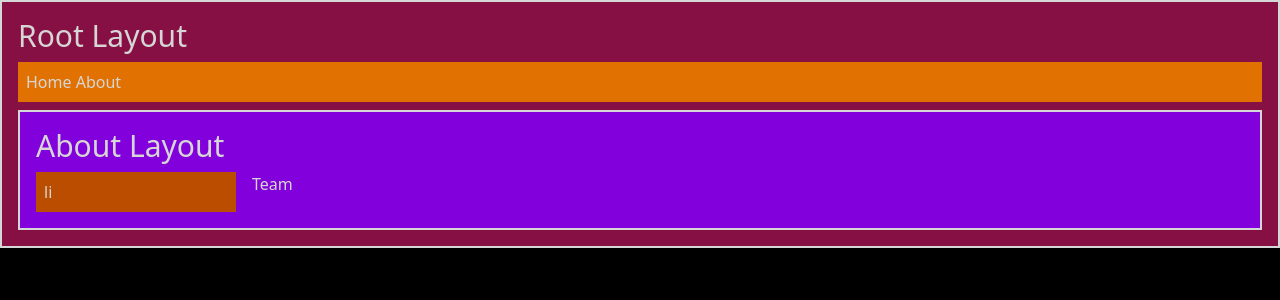
Repository: eyassud/notenow
Page: /about/team
These files come from the project's save history. The page is drawn as it stood at one moment and after a run of saves; the edit follows.
The browser window is 1280 px wide. The pictures show the whole page.
The project was rebuilt for these pictures with package versions that can differ from the ones it lists, and the page was loaded fresh each time. The framework's server and built-in components were replaced by stand-ins that run in the browser. Also part of the build but not shown: svelte.config.js, vite.config.ts.

Above is the page before, as saved 2025-12-11 16:23:26.

### src/routes/+layout.svelte
<script lang="ts">
	import './layout.css';
	import favicon from '$lib/assets/favicon.svg';

	let { children } = $props();
</script>

<svelte:head>
	<link rel="icon" href={favicon} />
</svelte:head>

<div class="border-2 bg-pink-900 p-4">
	<h1 class="text-3xl">Root Layout</h1>
	<nav class="my-2 bg-amber-600 p-2">
		<ul class="flex gap-2">
			<li>
				<a href="/">Home</a>
				<a href="/about">About</a>
			</li>
		</ul>
	</nav>
	{@render children()}
</div>

### src/routes/about/+layout.svelte
<script lang="ts">
	import type { LayoutProps } from './$types';

	let { data, children }: LayoutProps = $props();
</script>

<div class="border-2 bg-purple-700 p-4">
	<h1 class="mb-2 text-3xl">About Layout</h1>
	<div class="flex gap-4">
		<div class="w-[200px] bg-amber-700">
            <nav class="p-2">
                li
            </nav>
        </div>
		<div class="flex-1">{@render children()}</div>
	</div>
</div>

### src/routes/about/team/+page.svelte
<script lang="ts">
	import type { PageProps } from './$types';

	let { data }: PageProps = $props();
</script>

<h1>Team</h1>

### src/routes/layout.css
@import 'tailwindcss';
@plugin '@tailwindcss/forms';
@plugin '@tailwindcss/typography';
@plugin 'daisyui';

@plugin 'daisyui' {
	themes:
		light --preferswhite,
		black --default;
}

Loaded but not shown: src/app.html (common file)

After the next 2 saves:
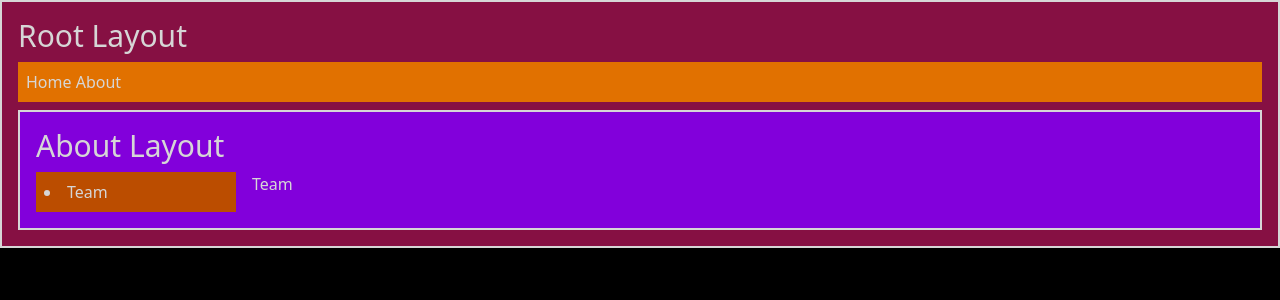
The 2 saves are shown as one change because they came seconds apart.
The last was saved 11 s later.
--- a/src/routes/about/+layout.svelte
+++ b/src/routes/about/+layout.svelte
@@ -9,7 +9,9 @@
 	<div class="flex gap-4">
 		<div class="w-[200px] bg-amber-700">
             <nav class="p-2">
-                li
+                <li>
+                    <a href="/about/team">Team</a>
+                </li>
             </nav>
         </div>
 		<div class="flex-1">{@render children()}</div>
